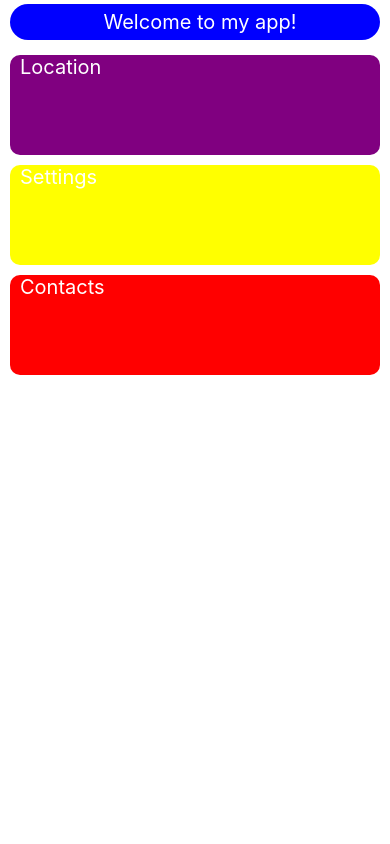
Repository: amirjavadikia/mobile-projectg
Screen: /
An editor plug-in stored every save of this project. The screen is shown before and after the next save, followed by the edit.
The app was drawn by React Native's web renderer in a window 390 px wide. The project was rebuilt for these pictures with package versions that can differ from the ones it lists, and the page was loaded fresh each time.

Above is the screen before, as saved 2024-04-24 20:53:20.

After the next save:
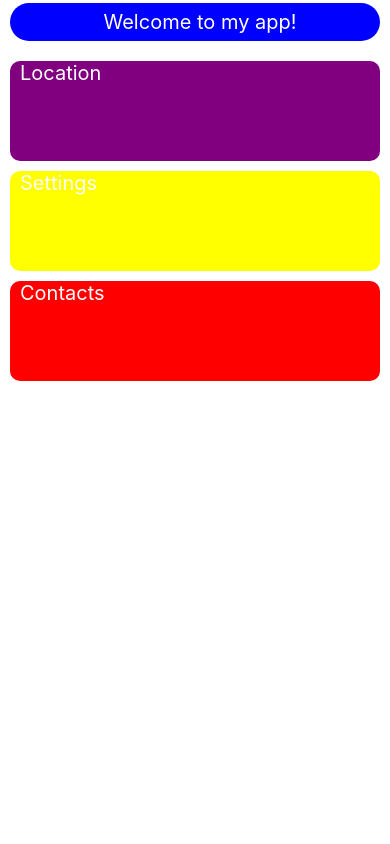
Saved 7 s later.
--- a/App.tsx
+++ b/App.tsx
@@ -47,7 +47,7 @@ const styles = StyleSheet.create({
     height: '10%',
     justifyContent: 'center',
     alignItems: 'center',
-    marginBottom: 15
+    marginBottom: 20
   },
   purpleBackground: {
     backgroundColor: 'purple',
